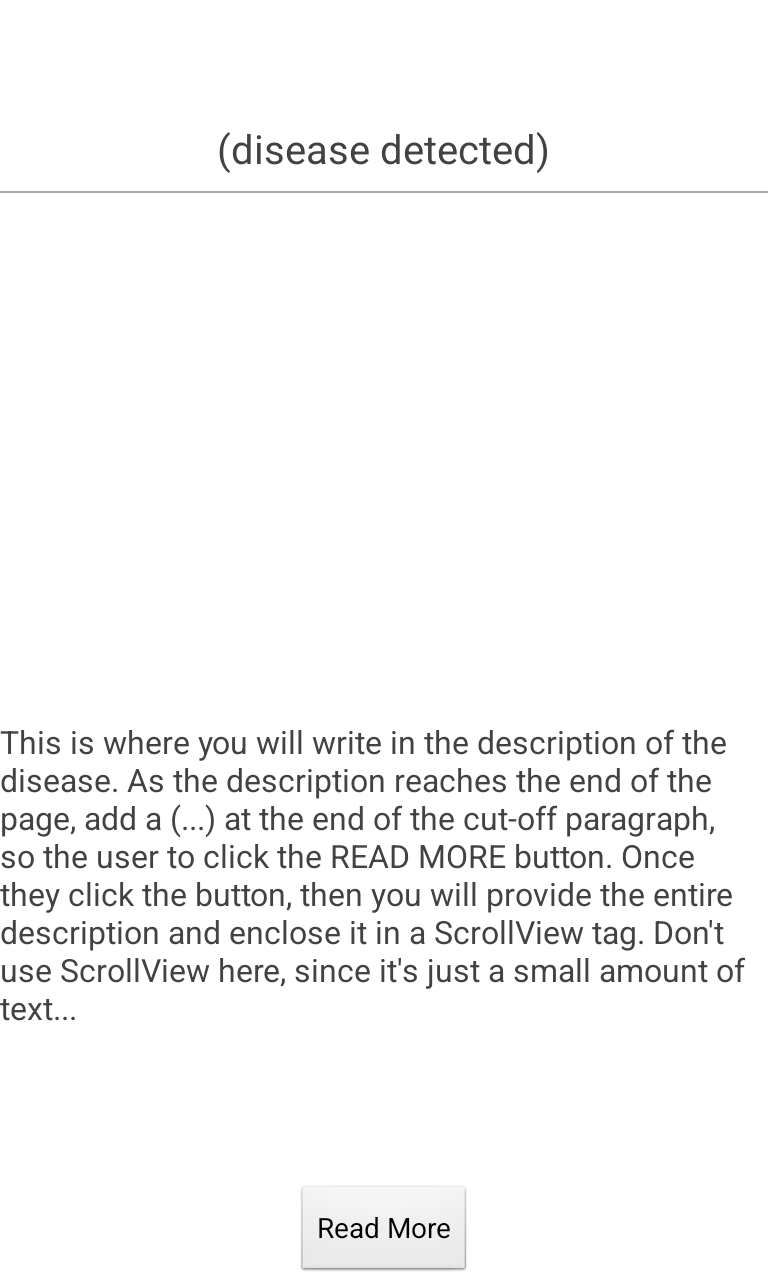
Repository: justnaelin/PhytoSenseIt-app
Layout: PhytoSenseIt/res/layout/activity_results.xml
An editor plug-in stored every save of this project. The layout is shown before and after a run of saves, followed by the edit.
It is drawn on a 768 x 1280 px phone screen (xhdpi) without system bars, with theme android:Theme.NoTitleBar.Fullscreen; the app's code is not run.

Above is the layout before, as saved 2015-07-29 18:50:01.

After the next 2 saves:
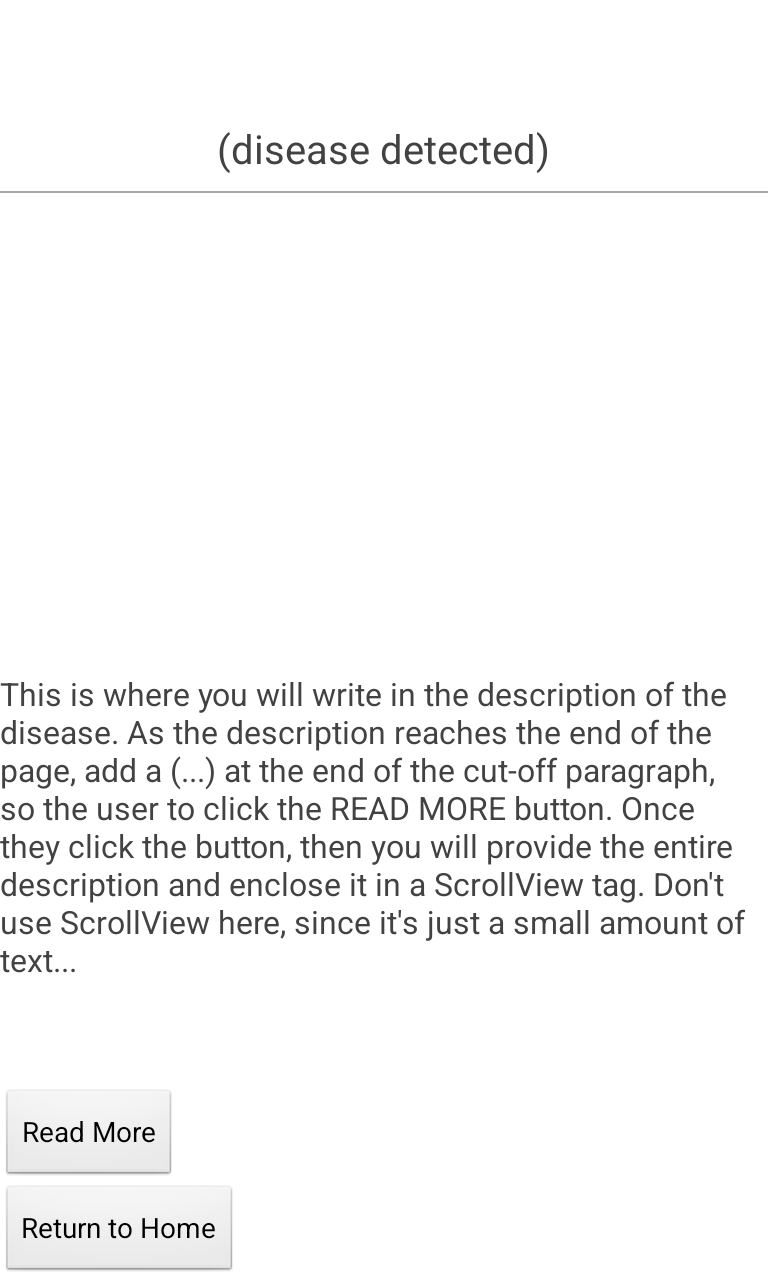
The 2 saves are shown as one change because 1 did not build or start.
The last was saved 53 s later.
--- a/PhytoSenseIt/res/layout/activity_results.xml
+++ b/PhytoSenseIt/res/layout/activity_results.xml
@@ -53,7 +53,12 @@
         android:id="@+id/read_more"
         android:layout_width="wrap_content"
         android:layout_height="wrap_content"
-        android:layout_gravity="center_horizontal"
         android:text="Read More" />
 
+    <Button
+        android:id="@+id/return_home"
+        android:layout_width="wrap_content"
+        android:layout_height="wrap_content"
+        android:text="Return to Home" />
+
 </LinearLayout>
